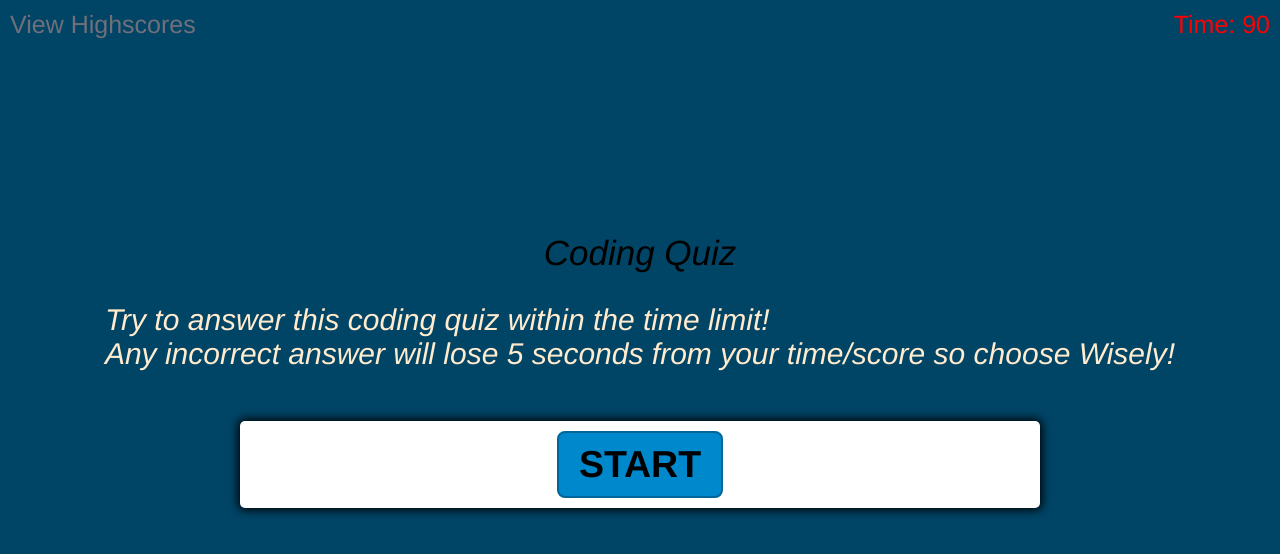
Repository: Vshepard879/Code-Quiz
Page: index.html
The author's editor kept a copy of each file at every save. The page is drawn from the files as they stood at one save, then again after the next save.
The browser window is 1280 px wide. The pictures show the whole page.

Above is the page before, as saved 2022-03-20 03:51:50.

After the next save:
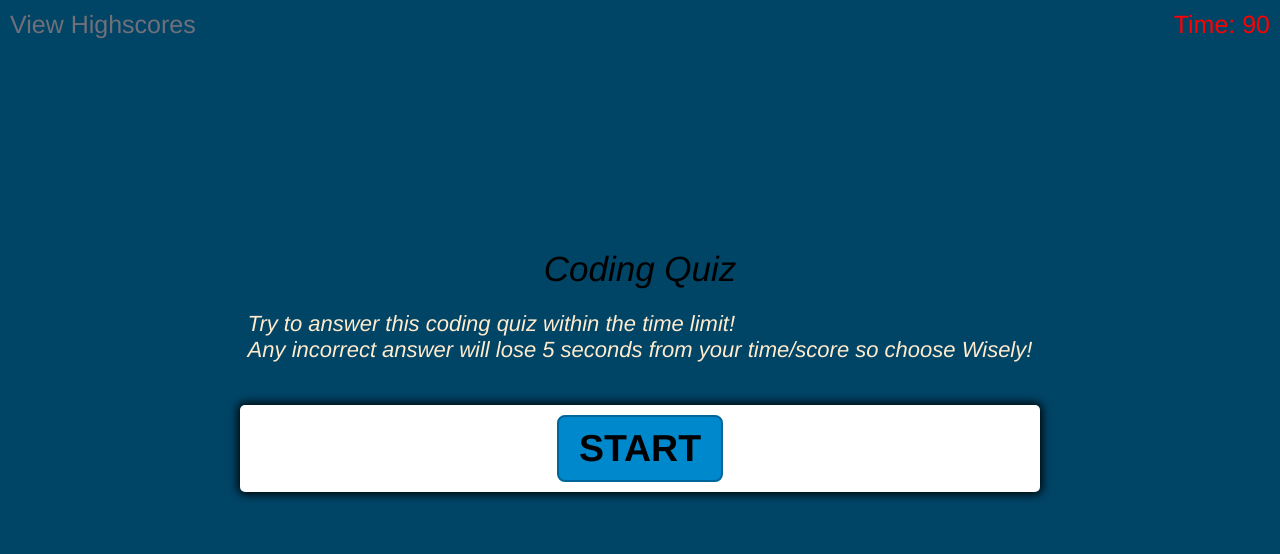
Saved 5 s later.
--- a/assets/css/style.css
+++ b/assets/css/style.css
@@ -62,7 +62,7 @@ body{
 
 p {
     color:blanchedalmond;
-    font-size: 30px;
+    font-size: 22px;
 }
 
  .container {
